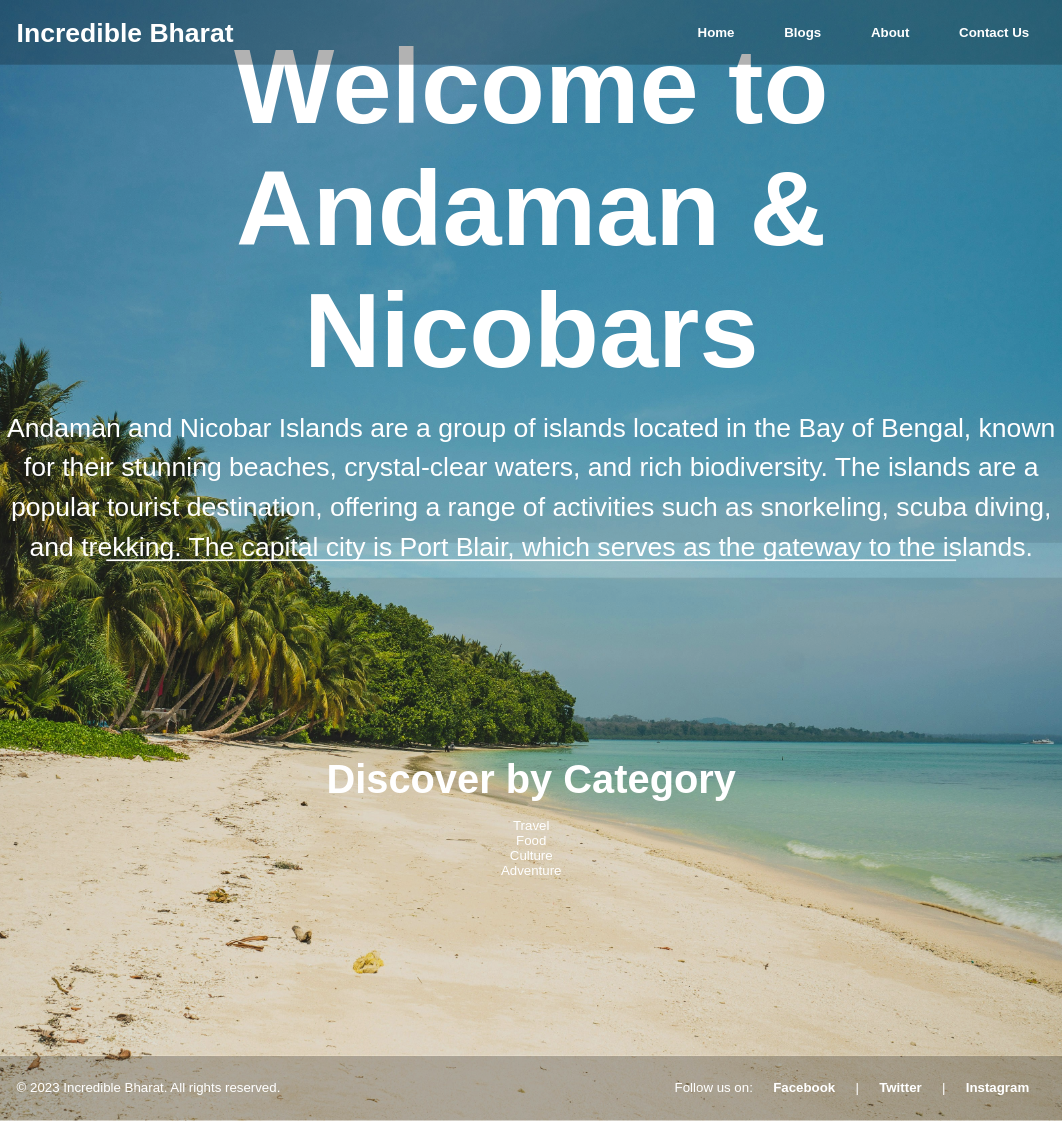
Repository: jaidhiman111/incrediblebharat
Page: destinations/Andaman&Nicobar.html
These files come from the project's save history. The page is drawn as it stood at one moment and after the next save; the edit follows.
The browser window is 1280 px wide. The pictures show the whole page, at 83% of full size.

Above is the page before, as saved 2025-04-30 23:25:19.

### destinations/Andaman&Nicobar.html
<!DOCTYPE html>
<html lang="en">

<head>
    <meta charset="UTF-8">
    <link rel="stylesheet" href="/assets/style.css">
    <meta name="viewport" content="width=device-width, initial-scale=1.0">
    <title>Document</title>
</head>

<body class="andaman-nicobar">
    <!-- This is the header of the page. -->
    <header class="header">
        <div class="logo">
            <h1>Incredible Bharat</h1>
        </div>
        <div class="nav">
            <nav>
                <ul>
                    <li>
                        <a href="/index.html">Home</a>
                        <a href="#">Blogs</a>
                        <a href="#">About</a>
                        <a href="#">Contact Us</a>
                    </li>
                </ul>
            </nav>
        </div>
    </header>
    <!-- This is the main content of the page. -->
    <main class="main-container">
        <section class="hero-section">
            <h2>Welcome to Andaman & Nicobars</h2>
            <p>Andaman and Nicobar Islands are a group of islands located in the Bay of Bengal, known for their stunning
                beaches, crystal-clear waters, and rich biodiversity. The islands are a popular tourist destination,
                offering a range of activities such as snorkeling, scuba diving, and trekking. The capital city is Port
                Blair, which serves as the gateway to the islands.</p>
        </section>
        <hr>
        <section class="state-section">
            <h2>Discover by Category</h2>
            <div class="card" id="travel">Travel</div>
            <div class="card" id="food">Food</div>
            <div class="card" id="culture">Culture</div>
            <div class="card" id="adventure">Adventure</div>

        </section>
    </main>
    <!-- This is the footer of the page. -->
    <footer class="footer">
        <div>
            <p>&copy; 2023 Incredible Bharat. All rights reserved.</p>
        </div>
        <div>
            <p>Follow us on:
                <a href="#">Facebook</a> |
                <a href="#">Twitter</a> |
                <a href="#">Instagram</a>
        </div>
    </footer>
</body>

</html>

### assets/style.css
* {
    box-sizing: border-box;
    margin: 0;
    padding: 0;
}

.home {
    font-family: Arial, sans-serif;
    background-image: url('/media/bg-cover.jpg');
    background-size: cover;
    background-repeat: no-repeat;
    background-position: center;
    color: #fff;
}

.andaman-nicobar {
    font-family: Arial, sans-serif;
    background-image: url('/media/andaman.jpg');
    background-size: cover;
    background-repeat: no-repeat;
    background-position: center;
    color: #fff;
}


/* This is for header */
.header {
    background-color: rgba(0, 0, 0, 0.3);
    display: flex;
    justify-content: space-between;
    align-items: center;
    padding: 20px;
    position: sticky;
    top: 0;
    text-align: center;
}

li {
    list-style: none;
    display: flex;
    gap: 20px;
}

li a {
    padding: 10px 20px;
    border-radius: 5px;
    text-decoration: none;
    color: #fff;
    font-weight: bold;
}

li a:hover {
    color: #fff;
    transform: scale(1.1);}

/* This is for section */
section{
    background-color: rgba(0, 0, 0, 0.1);
}

.hero-section {
    display: flex;
    flex-direction: column;    /* stack items vertically */
    justify-content: center;   /* center vertically */
    align-items: center;       /* center horizontally */
    height: 80vh;
    text-align: center;
}

.hero-section h2 {
    font-size: 8rem;
    margin-bottom: 20px;
}

.hero-section p{
    font-size: 2rem;
    margin-bottom: 20px;
    max-width: 100rem;         /* limit the width of the paragraph */
    line-height: 1.5;        /* improve readability */
}

.hero-section a {
    text-decoration: none;
    color: #fff;
    font-size: 1.5rem;
    margin-bottom: 20px;
}

.hero-section a:hover {
    color: #fff;
    text-decoration: underline;
    transform: scale(1.1);
    transition: transform 0.3s ease-in-out;
}

hr {
    width: 80%;
    margin: 20px auto;
    border: 1px solid #fff;
}

.state-section {
    display: flex;
    flex-direction: column;    /* stack items vertically */
    justify-content: center;
    align-items: center;
    height: 80vh;
    text-align: center;
}

.state-section h2 {
    font-size: 3rem;
    margin-bottom: 20px;
}

.state-button {
    padding: 30px;
    max-width: 100rem;
    margin: 0 auto;
  }

  .state-button button {
    background-color: rgba(0, 0, 0, 0.4);  /* Soft blue */
    border: none;
    border-radius: 8px;
    margin: 10px ;
    padding: 12px 20px;
    cursor: pointer;
    transition: background-color 0.3s ease;
    font-size: 16px;
    font-weight: 500;
  }

  .state-button button a {
    color: #ffffff;
    text-decoration: none;
    display: block;
    width: 100%;
    height: 100%;
  }

  .state-button button:hover {
    background-color: rgba(0, 0, 0, 0.7); /* Darker blue on hover */
    transform: scale(1.1); /* Slightly enlarge the button on hover */
    transition: transform 0.3s ease-in-out;
  }

  /* This is for footer */

.footer {
    background-color: rgba(0, 0, 0, 0.3);
    display: flex;
    justify-content: space-between;
    align-items: center;
    padding: 20px;
    position: relative;
    bottom: 0;
    text-align: center;
}

.footer li {
    list-style: none;
    display: flex;
    gap: 20px;
}

.footer a {
    display: inline-block;
    padding: 10px 20px;
    border-radius: 5px;
    text-decoration: none;
    color: #fff;
    font-weight: bold;
}
.footer a:hover {
    color: #fff;
    transform: scale(1.1);

}

/* This is for media queries */
/* --- Andaman & Nicobar Page Enhancements --- */

After the next save:
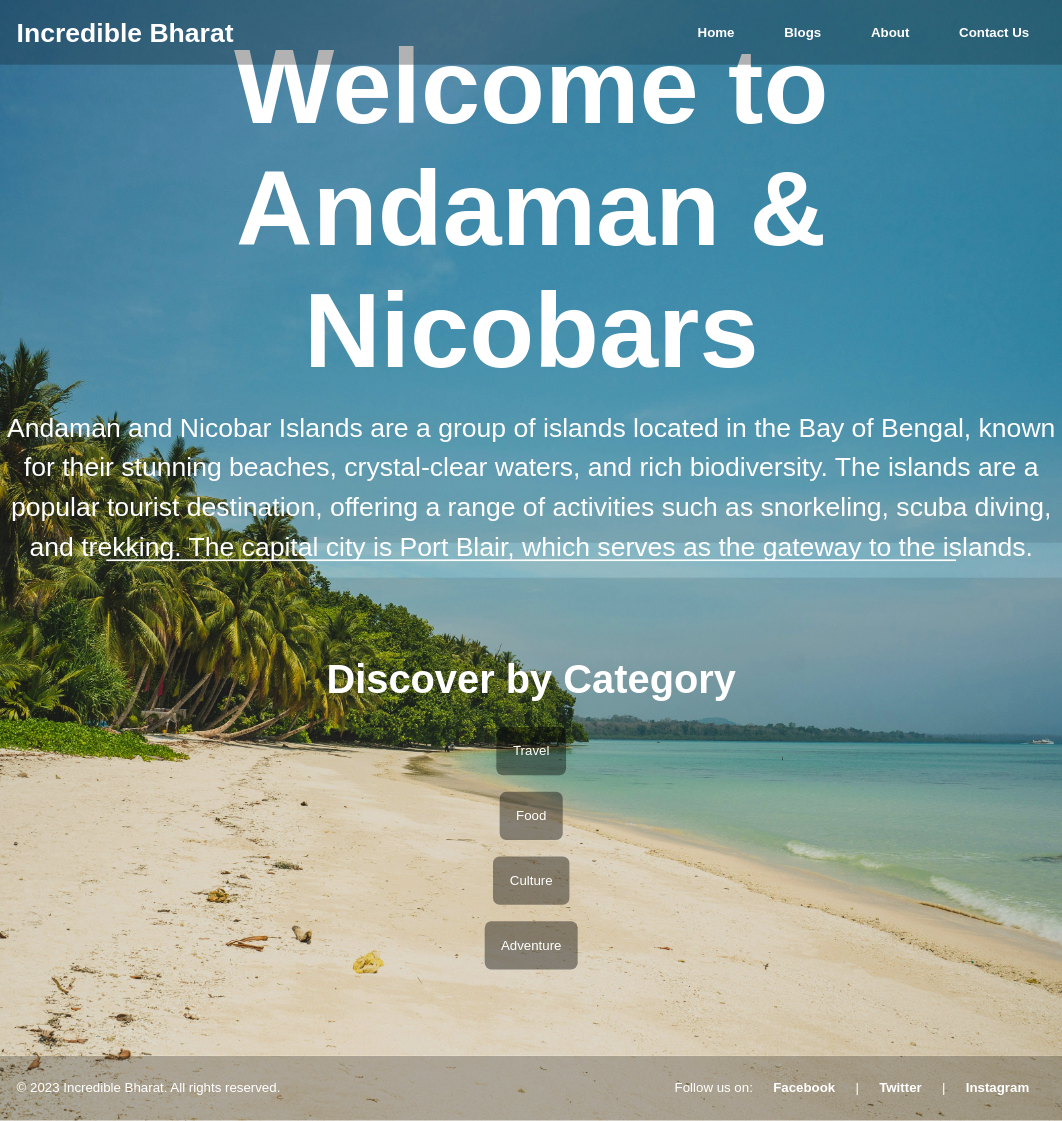
Saved 81 s later.
--- a/assets/style.css
+++ b/assets/style.css
@@ -145,6 +145,14 @@ hr {
     transition: transform 0.3s ease-in-out;
   }
 
+.card {
+    background-color: rgba(0, 0, 0, 0.4); /* Soft blue */
+    border-radius: 8px;
+    padding: 20px;
+    margin: 10px;
+    text-align: center;
+    transition: transform 0.3s ease-in-out;
+}
   /* This is for footer */
 
 .footer {
